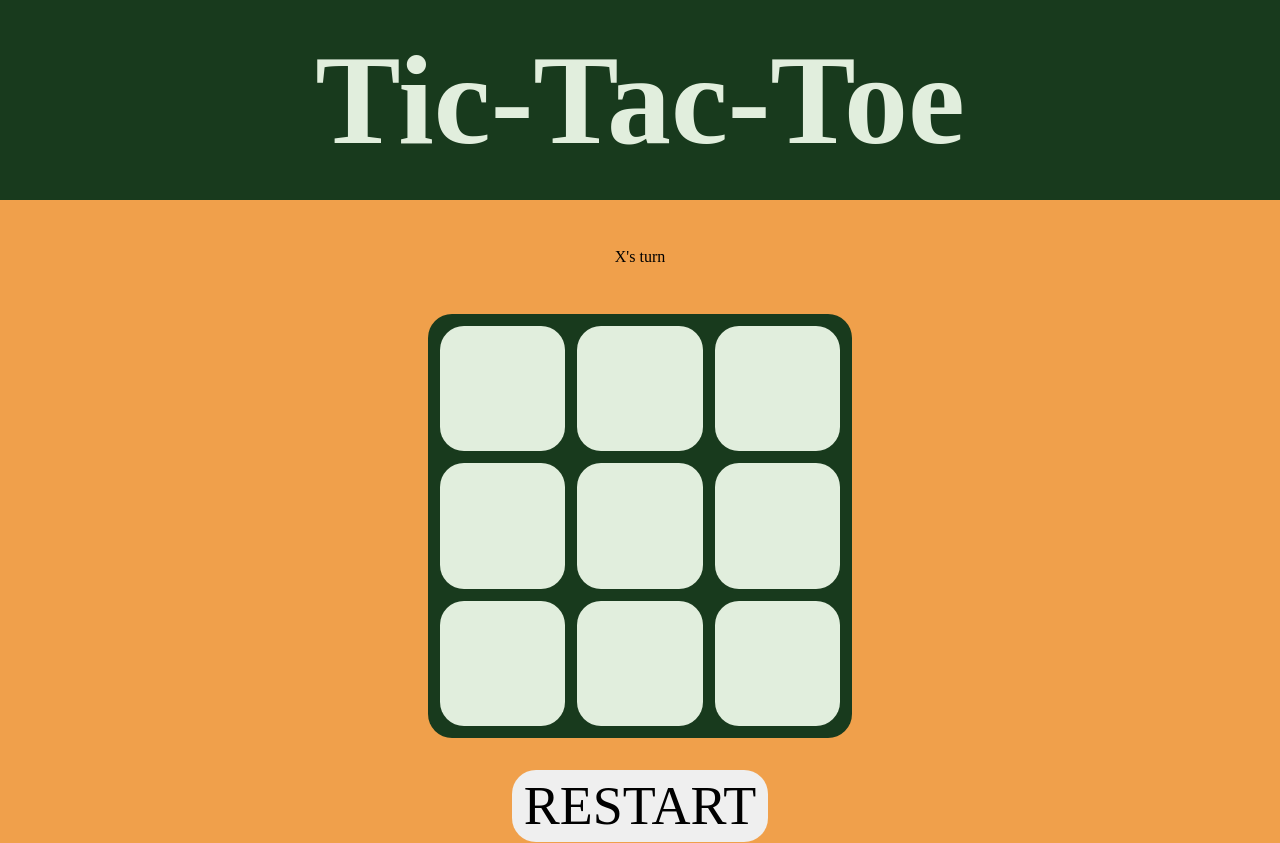
Repository: yeetzpxoci/tic-tac-toe
Page: index.html
An editor plug-in stored every save of this project. The page is shown before and after the next save, followed by the edit.
The browser window is 1280 px wide. The pictures show the whole page.
Some web fonts or font styles are not loaded; a fallback is used.

Above is the page before, as saved 2023-02-23 18:48:45.

### index.html
<!DOCTYPE html>
<html lang="en">
<head>
    <meta charset="UTF-8">
    <meta http-equiv="X-UA-Compatible" content="IE=edge">
    <meta name="viewport" content="width=device-width, initial-scale=1.0">
    <title>Tic Tac Toe</title>
    <link rel="stylesheet" type="text/css" href="styles.css" />
    <link rel="preconnect" href="https://fonts.googleapis.com">
    <link rel="preconnect" href="https://fonts.gstatic.com" crossorigin>
    <link href="https://fonts.googleapis.com/css2?family=Tilt+Warp&display=swap" rel="stylesheet">
</head>
<body>
    <div class="header">
        Tic-Tac-Toe
    </div>
    <p id="turn">X's turn</p>
    <div class="board">
        <div class="square" data-index=0></div>

        <div class="square" data-index=1></div>

        <div class="square" data-index=2></div>

        <div class="square" data-index=3></div>

        <div class="square" data-index=4></div>

        <div class="square" data-index=5></div>

        <div class="square" data-index=6></div>

        <div class="square" data-index=7></div>

        <div class="square" data-index=8></div>
    </div>

    <button id="restart" onclick="game.restartGame()">RESTART</button>
<script src="script.js"></script>
</body>
</html>

### styles.css
html, body {
    margin: 0;
    padding: 0;
    font-family: 'Tilt Warp', cursive;
}

body {
    display: flex;
    flex-direction: column;
    justify-content: center;
    align-items: center;
    min-width: 100vh;
    gap: 32px;
    background-color: #F0A04B;
}

.header {
    display: flex;
    justify-content: center;
    align-items: center;
    background-color: #183A1D;
    width: 100%;
    height: 200px;
    color: #E1EEDD;
    font-size: 128px;
    font-weight: bold;
}

.board {
    height: 400px;
    width: 400px;
    background-color: #183A1D;
    border-radius: 24px;
    border-width: 0px;
    padding: 12px;
    gap: 12px;
    font-size: 96px;
    font-family: 'Tilt Warp', cursive;
    font-weight: bolder;
    display: grid;
    grid-template-columns: repeat(3, 1fr);
    grid-template-rows: repeat(3, 1fr);
    user-select: none;
}

.square {
    display: flex;
    justify-content: center;
    align-items: center;
    background-color: #E1EEDD;
    border-radius: 24px;
    border-width: 0px;
}

#restart {
    width: 256px;
    height: 72px;
    border-radius: 24px;
    border-width: 0px;
    font-size: 54px;
    font-family: 'Tilt Warp', cursive;
}

### script.js
const squares = document.getElementsByClassName("square");

const gameBoard = (() => {
    let gameBoard = ["", "", "", "", "", "", "", "", ""];

    const atIndex = (index) => {
        return gameBoard[index];
    }

    const playOn = (index, symbol) => {
        gameBoard[index] = symbol;
    }

    const resetBoard = () => {
        for (let i = 0; i < gameBoard.length; i++) {
            gameBoard[i] = "";
        }
    }

    const winner = (x, y, z) => {
        if ((gameBoard[x] === gameBoard[y]) && ((gameBoard[y] === gameBoard[z]) && (gameBoard[z] === "X"))
            || (gameBoard[x] === gameBoard[y]) && ((gameBoard[y] === gameBoard[z]) && (gameBoard[z] === "O"))) {
            return true;
        } else {
            return false;
        }
    }

    const checkWinner = () => {
        return winner(0, 1, 2)  // check for 3-in-a-row horizontally
            || winner(3, 4, 5)
            || winner(6, 7, 8)
            || winner(0, 3, 6)  // check for 3-in-a-row vertically
            || winner(1, 4, 7)
            || winner(2, 5, 8)
            || winner(0, 4, 8)  // check for 3-in-a-row diagonally
            || winner(6, 4, 2)
    }

    return {
        gameBoard, atIndex, playOn, resetBoard, winner, checkWinner
    };
})();

const players = (symbol) => {
    const play = (index) => gameBoard.playOn(index, symbol);
    return {
        symbol, play
    };
};

const game = (() => {
    let turn = "X";

    const playRound = (e) => {
        if (gameBoard.atIndex(e.currentTarget.dataset.index) === "") {
            players(turn).play(e.currentTarget.dataset.index);
            displayController.renderBoard();
            if (turn === "X") {
                turn = "O";
            } else {
                turn = "X";
            }
            if (gameBoard.checkWinner()) {
                displayController.disableSquares();
                alert("winner!");
            }
        }
    }

    const restartGame = () => {
        turn = "X";
        gameBoard.resetBoard();
        displayController.renderBoard();
        displayController.enableSquares();
    }

    return {
        turn, playRound, restartGame
    };
})();

const displayController = (() => {
    const renderBoard = () => {
        for (let i = 0; i < gameBoard.gameBoard.length; i++) {
            squares[i].innerHTML = gameBoard.gameBoard[i];
        }
    }

    const enableSquares = () => {
        for (let i = 0; i < squares.length; i++) {
            squares[i].addEventListener("click", game.playRound);
        }
    }

    const disableSquares = () => {
        for (let i = 0; i < squares.length; i++) {
            squares[i].removeEventListener("click", game.playRound);
        }
    }

    return {
        renderBoard, enableSquares, disableSquares
    }
})();

displayController.enableSquares();

After the next save:
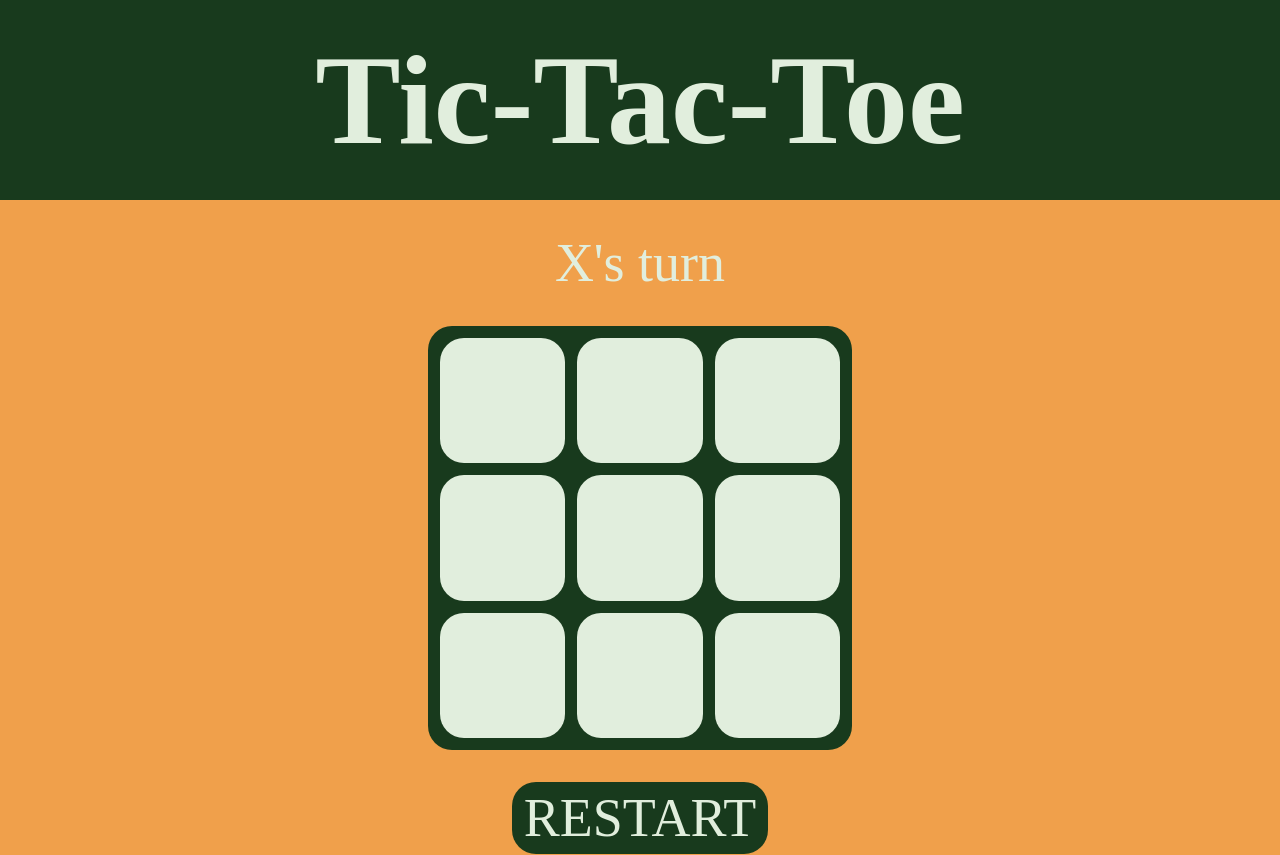
Saved 49 s later.
--- a/styles.css
+++ b/styles.css
@@ -59,4 +59,12 @@ body {
     border-width: 0px;
     font-size: 54px;
     font-family: 'Tilt Warp', cursive;
+    background-color: #183A1D;
+    color: #E1EEDD;
 }
+
+#turn {
+    color: #E1EEDD;
+    font-size: 54px;
+    margin: 0;
+}
